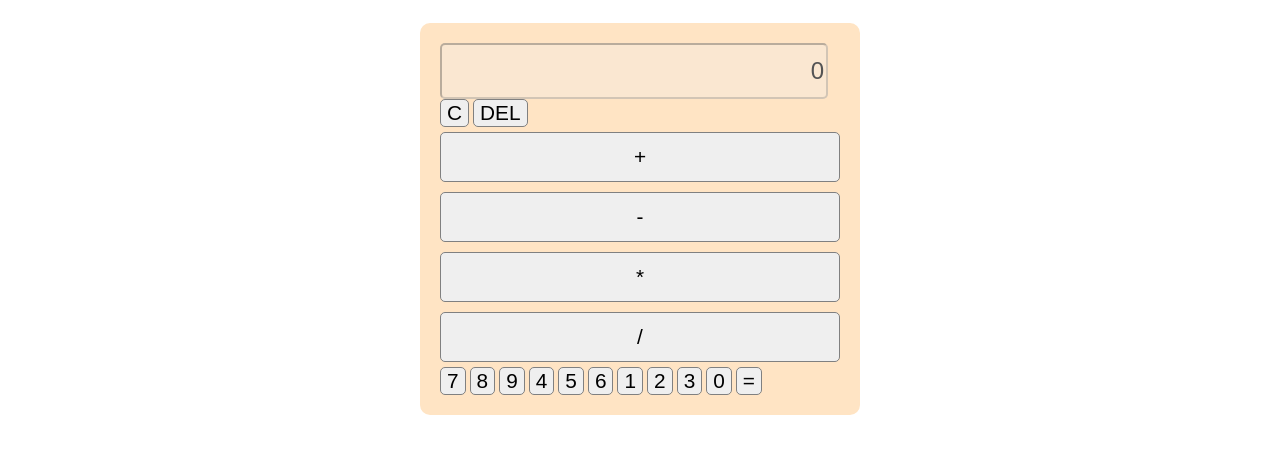
Repository: jaskeat/Calculator
Page: index.html
These files come from the project's save history. The page is drawn as it stood at one moment and after the next save; the edit follows.
The browser window is 1280 px wide. The pictures show the whole page.

Above is the page before, as saved 2024-09-05 09:15:23.

After the next save:
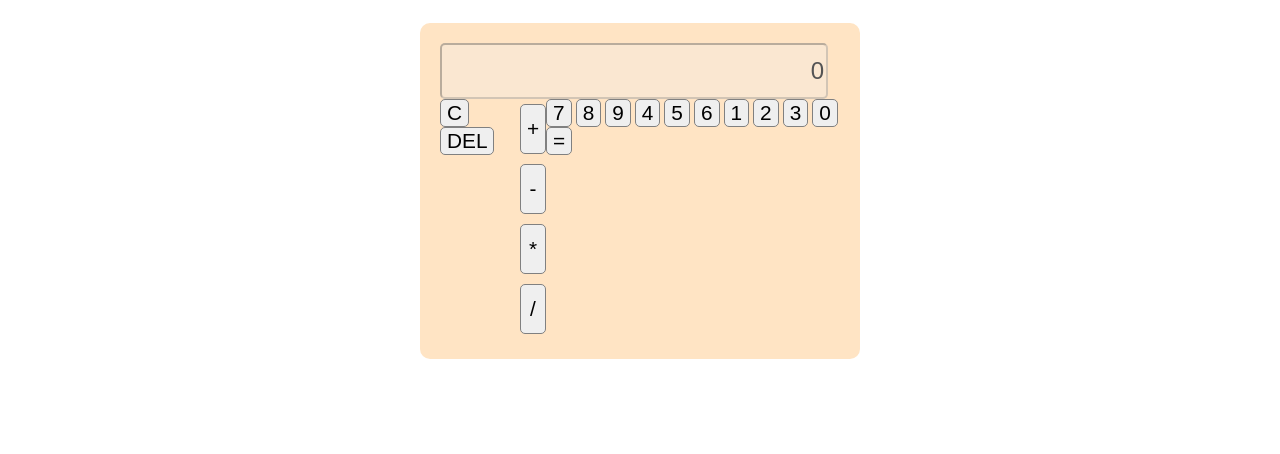
Saved 3 h 58 min later.
--- a/style.css
+++ b/style.css
@@ -39,3 +39,9 @@ input {
 	height: 50px;
 	margin: 5px 0;
 }
+
+.buttons {
+	display: flex;
+	flex-direction: row;
+	justify-content: space-between;
+}
